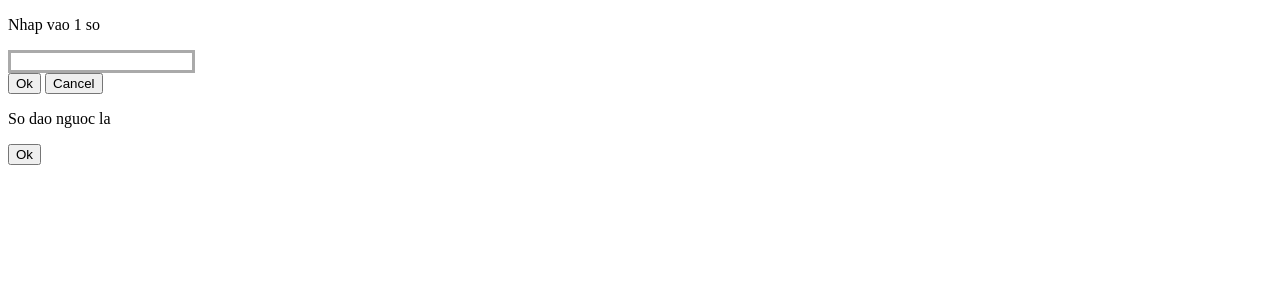
Repository: lhggiang/Sodaonguoc
Page: index.html
The author's editor kept a copy of each file at every save. The page is drawn from the files as they stood at one save, then again after the next save.
The browser window is 1280 px wide. The pictures show the whole page.

Above is the page before, as saved 2023-05-19 06:49:28.

After the next save:
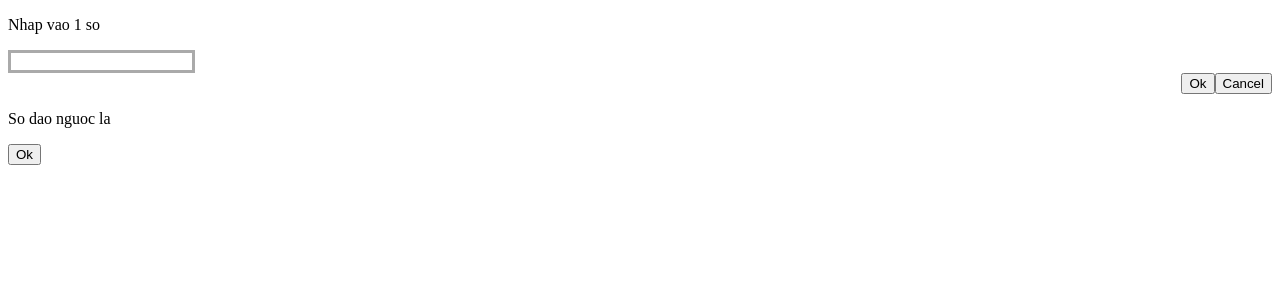
Saved 26 s later.
--- a/style.css
+++ b/style.css
@@ -1,3 +1,8 @@
 #num {
   border: 3px solid #aaa;
 }
+
+.btn {
+  display: flex;
+  justify-content: flex-end;
+}
